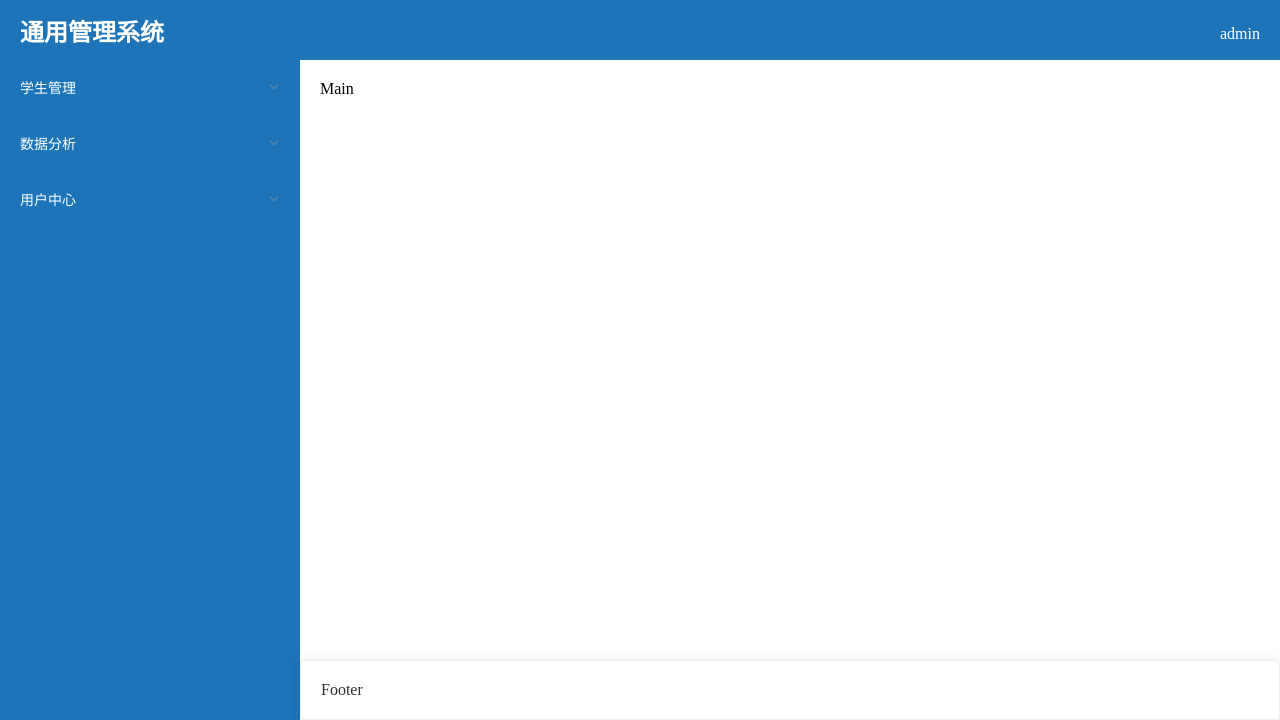
Repository: LdoIt/backstage-management-system
Page: /#/home (app in backstage-management-system/)
An editor plug-in stored every save of this project. The page is shown before and after the next save, followed by the edit.
The browser window is 1280 px wide. The pictures show the whole page.
The project was rebuilt for these pictures with package versions that can differ from the ones it lists, and the page was loaded fresh each time. Also part of the build but not shown: backstage-management-system/vue.config.js, backstage-management-system/src/pages/students/StudentList.vue.

Above is the page before, as saved 2023-04-16 09:20:01.

### backstage-management-system/src/main.js
/*
 * @Date: 2023-04-13 17:21:53
 */
import Vue from 'vue'
import App from './App.vue'
// 引入elementUI里按需引入的组件
import './plugins/element'
// 导入路由
import router from './router'
Vue.config.productionTip = false

new Vue({
  router,
  render: h => h(App),
}).$mount('#app')

### backstage-management-system/src/App.vue
<template>
  <div class="appContainer">
    <router-view></router-view>
  </div>
</template>

<script>
// 格式化样式
import 'normalize.css'
// 引入图标
import 'font-awesome/css/font-awesome.min.css';
export default {
}
</script>

<style lang="scss">
html,
body,
.appContainer {
  height: 100%;
}
// .appContainer {
//   display: flex;
//   flex-direction: column;
//   justify-content: space-around;
// }
</style>

### backstage-management-system/src/plugins/element.js
/*
 * @Date: 2023-04-13 19:05:36
 */
import Vue from 'vue'
import {
  Button,
  Form,
  FormItem,
  Card,
  Input,
  Message,
  Container,
  Header,
  Aside,
  Main,
  Footer,
  Menu,
  Submenu,
  MenuItem,
  MenuItemGroup,
   } from 'element-ui';
Vue.use(Form);
Vue.use(Button);
Vue.use(FormItem);
Vue.use(Card);
Vue.use(Input);
Vue.use(Container);
Vue.use(Header);
Vue.use(Aside);
Vue.use(Main);
Vue.use(Footer);
Vue.use(Menu);
Vue.use(Submenu);
Vue.use(MenuItem);
Vue.use(MenuItemGroup);
Vue.prototype.$message = Message

### backstage-management-system/src/router/index.js
/*
 * @Date: 2023-04-15 08:18:06
 */
import Vue from 'vue'
// 引入vue-router
import VueRouter from 'vue-router'
import routes from './routes.js'
Vue.use(VueRouter)

export default new VueRouter({
  routes
})

### backstage-management-system/src/router/routes.js
/*
 * @Date: 2023-04-15 21:19:25
 */
export default [
  {path: '/', component: () => import('@/pages/Login'), redirect: '/login'},
  {path: '/home', name: '学生管理', iconClass: 'fa fa-users', redirect: '/home/student', component: () => import('@/pages/Home'), children: [
    {path: 'student', name: '学生列表', iconClass: 'fa fa-list', component: () => import('@/pages/students/StudentList')},
    {path: 'info', name: '信息列表', iconClass: 'fa fa-list', component: () => import('@/pages/students/InfoList')},
    {path: 'infos', name: '信息管理', iconClass: 'fa fa-list', component: () => import('@/pages/students/InfoLists')},
    {path: 'work', name: '作业列表', iconClass: 'fa fa-list', component: () => import('@/pages/students/WorkList')},
    {path: 'works', name: '作业管理', iconClass: 'fa fa-list', component: () => import('@/pages/students/WorkMent')},
  ]},
  {path: '/home', name: '数据分析', iconClass: 'fa fa-bar-chart', component: () => import('@/pages/Home'), children: [
    {path: 'dataview', name: '数据概览', iconClass: 'fa fa-bar-chart', component: () => import('@/pages/dataAnalysis/DataView')},
    {path: 'mapview', name: '地图概览', iconClass: 'fa fa-line-chart', component: () => import('@/pages/dataAnalysis/MapView')},
    {path: 'travel', name: '旅游地图', iconClass: 'fa fa-line-chart', component: () => import('@/pages/dataAnalysis/TravelMap')},
    {path: 'score', name: '分数地图', iconClass: 'fa fa-line-chart', component: () => import('@/pages/dataAnalysis/ScoreMap')},
  ]},
  {path: '/home', name: '用户中心', iconClass: 'fa fa-user', component: () => import('@/pages/Home'), children: [
    {path: 'users', name: '数据概览', iconClass: 'fa fa-user', component: () => import('@/pages/users/User')},
  ]},
  {path: '/login', component: () => import('@/pages/Login')},
]

### backstage-management-system/src/pages/Home.vue
<!--
 * @Date: 2023-04-15 08:31:12
-->
<template>
  <div class="homeContainer">
    <el-container>
      <el-header><Header/></el-header>
      <el-container>
        <el-aside><Menu/></el-aside>
        <el-container>
          <el-main>Main</el-main>
          <el-footer><el-card><Footer/></el-card></el-footer>
        </el-container>
      </el-container>
    </el-container>
  </div>
</template>

<script>
import Footer from '../components/common/Footer.vue'
import Header from '../components/common/Header.vue'
import Menu from '../components/common/Menu.vue'
export default {
  name: 'Home',
  components: {
    Header,
    Footer,
    Menu
  }
}
</script>

<style lang="scss">
  .homeContainer {
    height: 100%;
    .el-header {
      background-color: #1d74b9;
    }
    .el-aside {
      background-color: #1d74b9;
    }
    .el-container {
      height: 100%;
    }
    .el-footer {
      padding: 0;
    }
  }
</style>

### backstage-management-system/src/components/common/Footer.vue
<!--
 * @Date: 2023-04-15 20:04:01
-->
<template>
  <div>
    Footer
  </div>
</template>

<script>
export default {

}
</script>

<style>

</style>

### backstage-management-system/src/components/common/Header.vue
<template>
  <div class="headerContainer">
    <h2>通用管理系统</h2>
    <div>admin</div>
  </div>
</template>

<script>
export default {

}
</script>

<style lang="scss">
  .headerContainer {
    display: flex;
    justify-content: space-between;
    align-items: center;
    color: white;
  }
</style>

### backstage-management-system/src/components/common/Menu.vue
<!--
 * @Date: 2023-04-15 20:04:31
-->
<template>
  <div class="muenContainer">
    <el-menu default-active="2" class="el-menu-vertical-demo" background-color="#1d74b9" text-color="#fff" active-text-color="#ffd04b">
      <el-submenu index="1" v-for="(item1, index) in routes" :key="index">
        <template slot="title">
          <i class="item.iconClass"></i>
          <span>{{item1.name}}</span>
        </template>
        <el-menu-item-group>
          <el-menu-item index="1-1">选项1</el-menu-item>
        </el-menu-item-group>
      </el-submenu>
    </el-menu>
  </div>
</template>

<script>
export default {
  data() {
    return {
      routes: []
    }
  },
  created() {
    let routes = this.$router.options.routes;
    for (let i = 0; i < routes.length; i++) {
      if(i !== 0 && i !== routes.length - 1) {
        this.routes.push(routes[i]);
      }
    }
  },
  methods: {
  },
}
</script>

<style lang="scss">
  .muenContainer {
    width: 100%;
    height: 100%;
    .el-menu {
      border: none;
    }
  }
</style>

Loaded but not shown: backstage-management-system/public/index.html (common file)

After the next save:
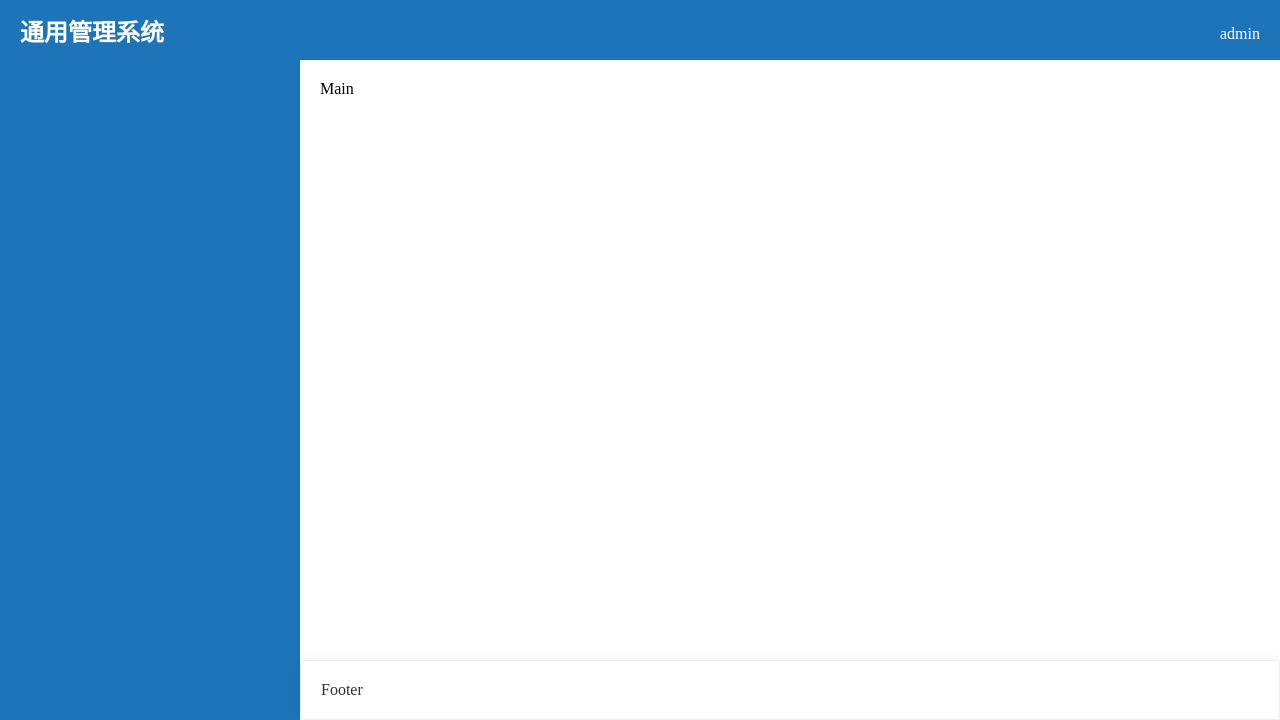
Saved 44 s later.
--- a/backstage-management-system/src/components/common/Menu.vue
+++ b/backstage-management-system/src/components/common/Menu.vue
@@ -4,7 +4,7 @@
 <template>
   <div class="muenContainer">
     <el-menu default-active="2" class="el-menu-vertical-demo" background-color="#1d74b9" text-color="#fff" active-text-color="#ffd04b">
-      <el-submenu index="1" v-for="(item1, index) in routes" :key="index">
+      <el-submenu :index="item.name" v-for="(item1, index) in routes" :key="index">
         <template slot="title">
           <i class="item.iconClass"></i>
           <span>{{item1.name}}</span>

After the save that followed:
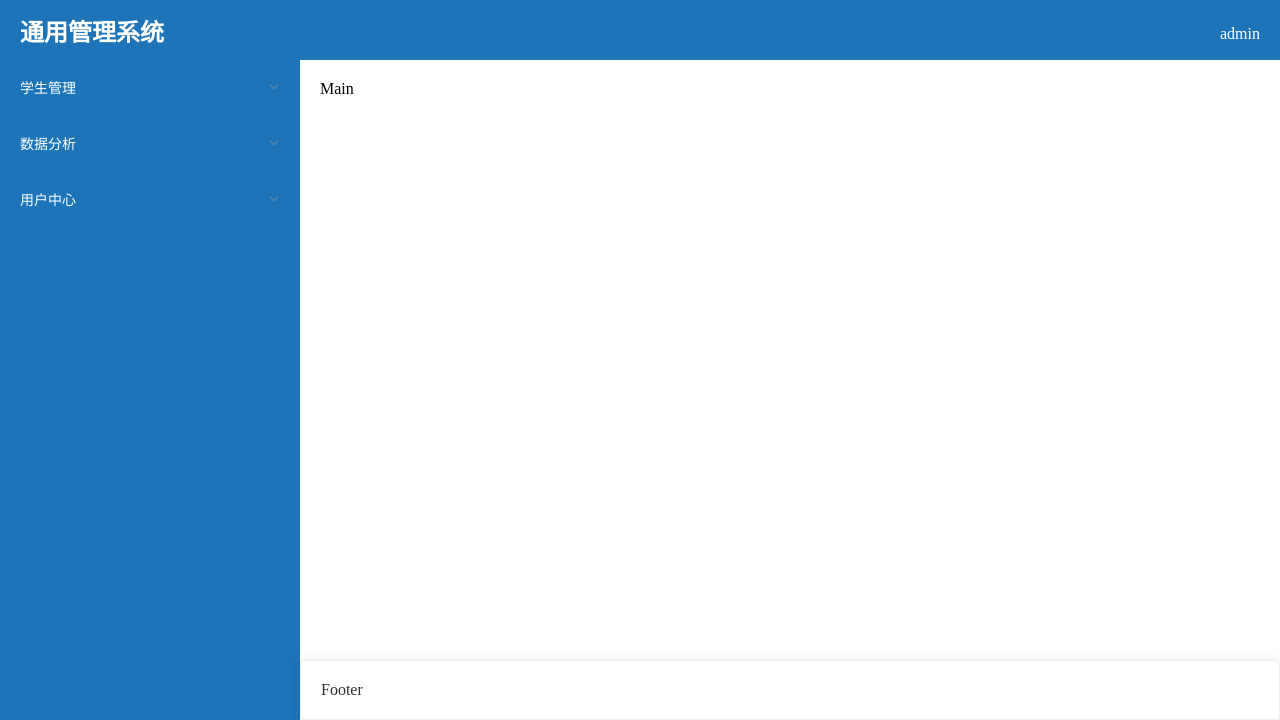
Saved 16 s later.
--- a/backstage-management-system/src/components/common/Menu.vue
+++ b/backstage-management-system/src/components/common/Menu.vue
@@ -4,7 +4,7 @@
 <template>
   <div class="muenContainer">
     <el-menu default-active="2" class="el-menu-vertical-demo" background-color="#1d74b9" text-color="#fff" active-text-color="#ffd04b">
-      <el-submenu :index="item.name" v-for="(item1, index) in routes" :key="index">
+      <el-submenu :index="item1.name" v-for="(item1, index) in routes" :key="index">
         <template slot="title">
           <i class="item.iconClass"></i>
           <span>{{item1.name}}</span>
